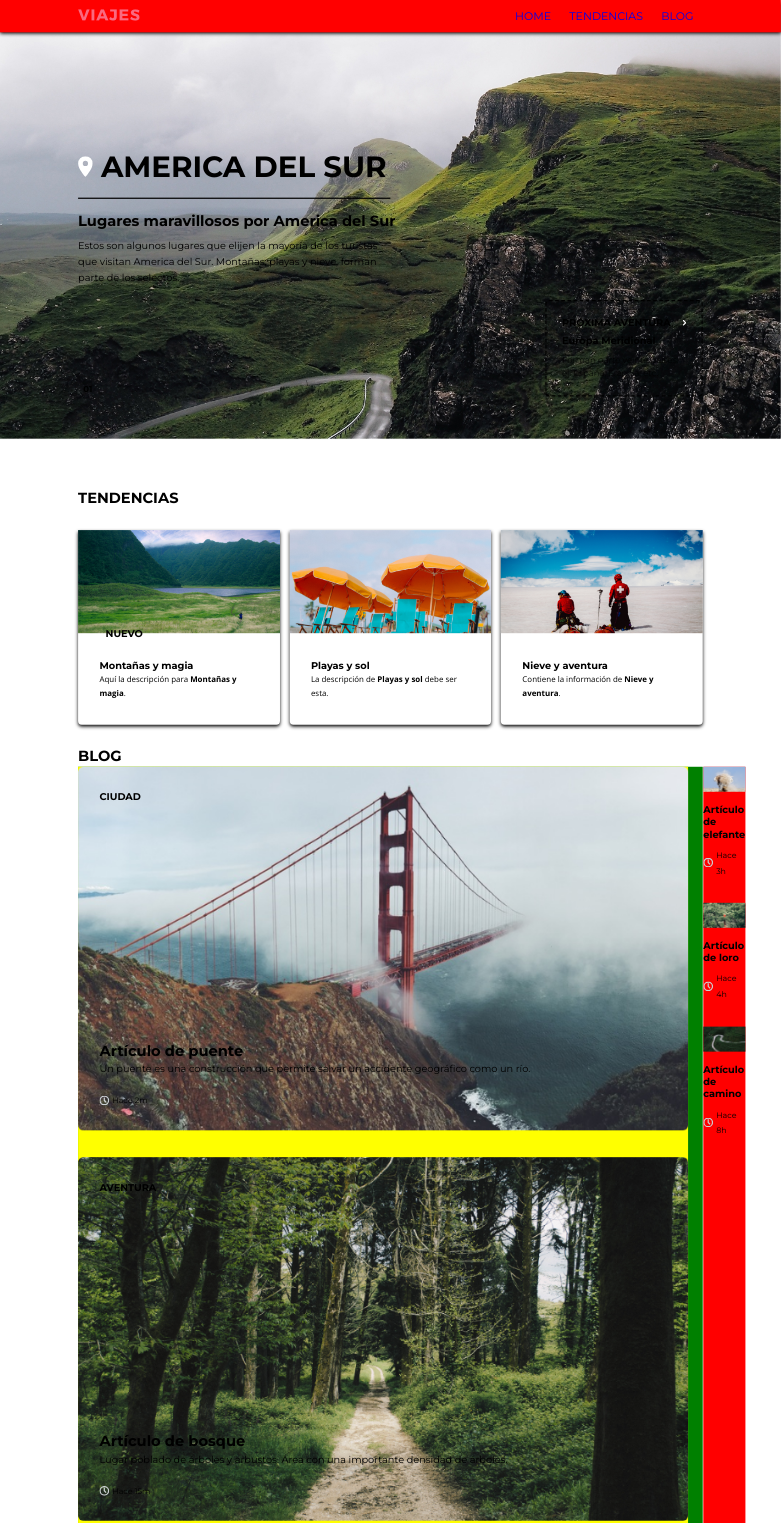
Repository: agustin-mesa/viajes
Page: /
The author's editor kept a copy of each file at every save. The page is drawn from the files as they stood at one save, then again after the next save.
The browser window is 1280 px wide. The pictures show the whole page, at 61% of full size.
The project was rebuilt for these pictures with package versions that can differ from the ones it lists, and the page was loaded fresh each time. Also part of the build but not shown: src/components/styles/colors.module.scss.

Above is the page before, as saved 2021-11-12 12:55:02.

After the next save:
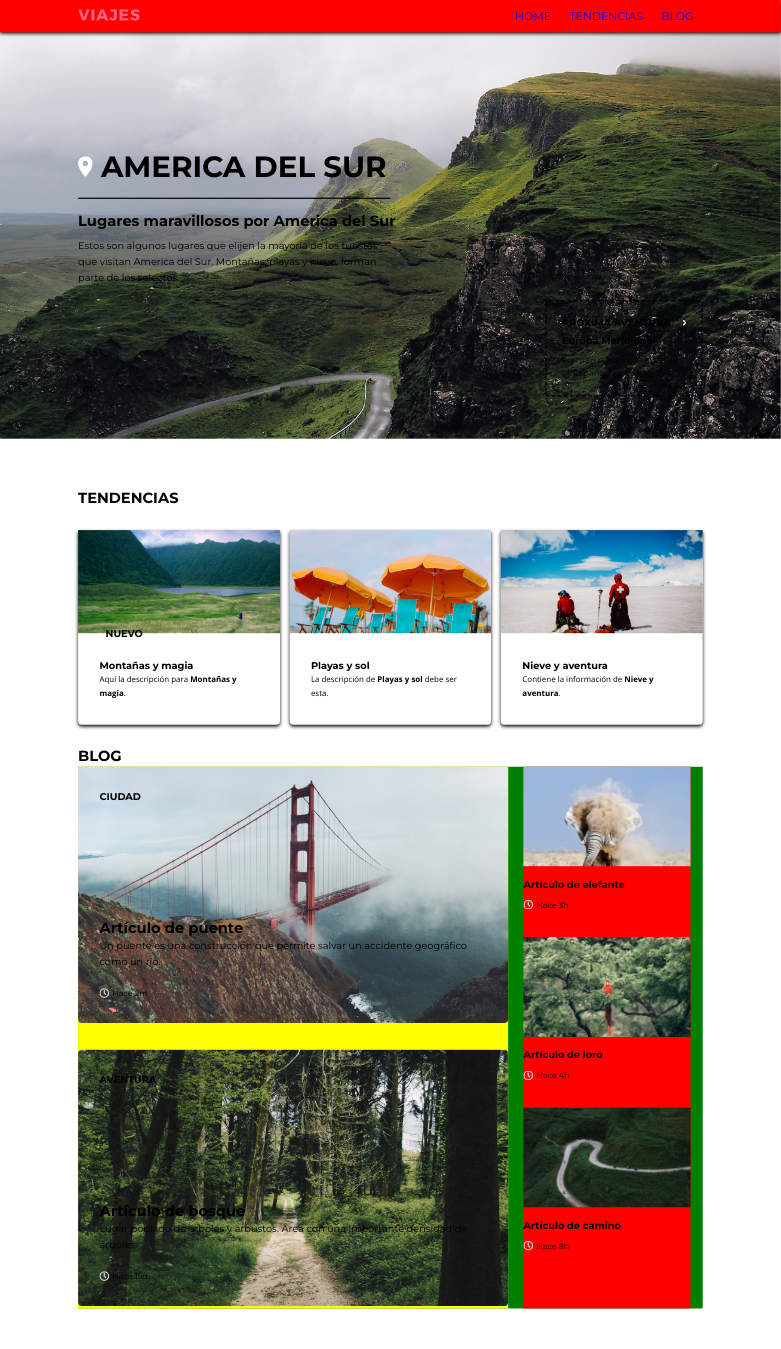
Saved 6 s later.
--- a/src/components/BigNewItem.js
+++ b/src/components/BigNewItem.js
@@ -30,7 +30,7 @@ const NewItemBig = styled.div`
 
   .img__bg {
     width: 100%;
-    min-width: 1000px;
+    min-width: 500px;
   }
   .newItem__info {
     position: absolute;
